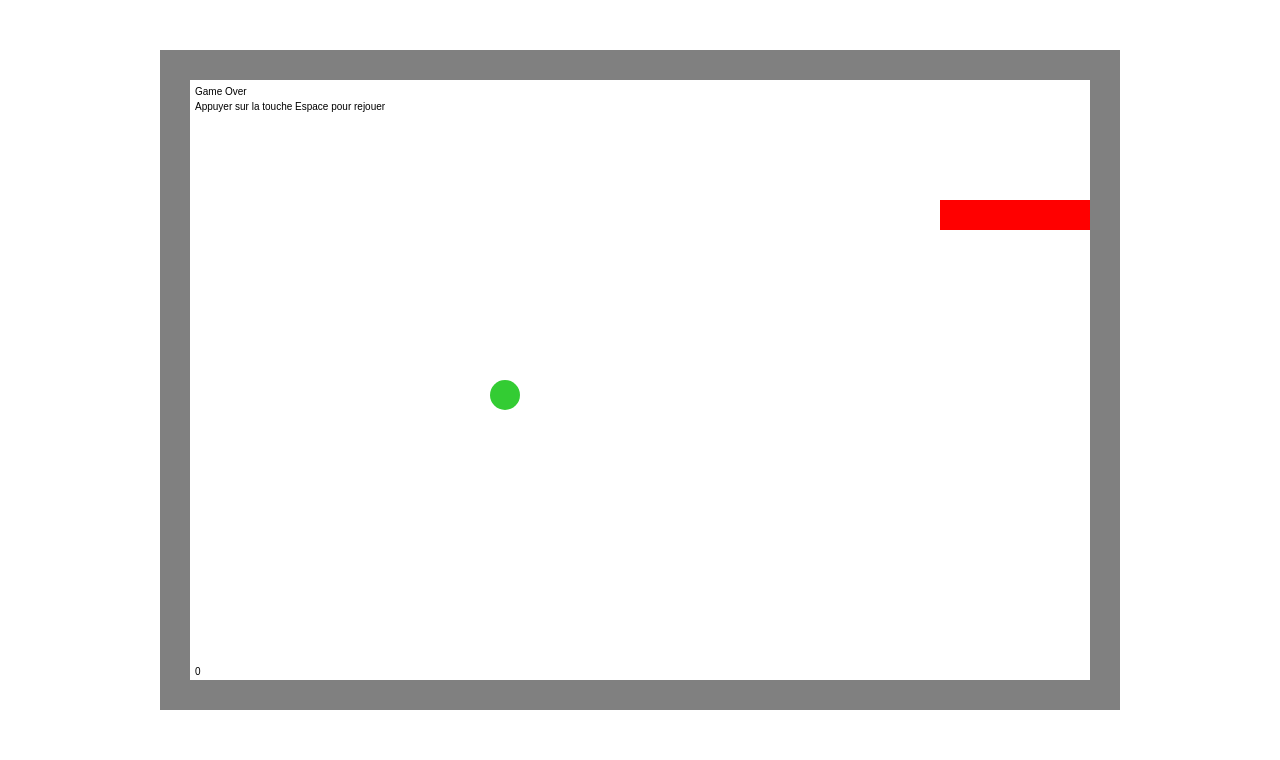
Repository: laben35/snake
Page: index.html
The author's editor kept a copy of each file at every save. The page is drawn from the files as they stood at one save, then again after the next save.
The browser window is 1280 px wide. The pictures show the whole page.

Above is the page before, as saved 2019-12-08 18:51:31.

### index.html
<!DOCTYPE html>
<html lang="en">
<head>
    <meta charset="UTF-8">
    <meta name="viewport" content="width=device-width, initial-scale=1.0">
    <meta http-equiv="X-UA-Compatible" content="ie=edge">
    <title>The snake game</title>
    <script src="script.js"></script>
</head>
<body>

</body>
</html>

### script.js
window.onload = function()
{
    var canvasWidth = 900;
    var canvasHeight = 600;
    var blockSize = 30;
    var ctx;
    var delay = 150;   // si j'augmente le délai de rafraichissement du canvas,  le serpent avance moins vite, comme ça il se rafraichit une fois toutes les secondes et non toutes les dixièmes de secondes
    var snakee;
    var applee;
    var widthInBlocks = canvasWidth/blockSize;  //la largeur en terme de block sera la largeur divisée par la taille du bloc c'est à dire, la largeur est de 900px et la taille du bloc (blockSize) est de 30px ==> notre largeur en terme de blocks sera de 30px var 30*30=900
    var heightInBocks = canvasHeight/blockSize; //600/30 = 20
    var score;

    init();

    function init()
    {
            var canvas = document.createElement('canvas');  //Canvas élément HTML qui permet de dessiner notre page HTML
            canvas.width = canvasWidth;
            canvas.height = canvasHeight;
            canvas.style.border = "30px solid gray";
            canvas.style.margin = "50px auto";
            canvas.style.display = "block";
            document.body.appendChild(canvas);
            ctx = canvas.getContext('2d');
            snakee = new Snake( [[6,4], [5,4], [4,4], [3,4], [2,4]], "right");
            applee = new Apple([10,10]);
            score = 0;
            refreshCanvas();
    }

    //fonction qui rafraichit le canvas
    function refreshCanvas()
    {
        snakee.advance();
        if(snakee.checkCollision())
        {
            gameOver();
        }
        else
        {
            if(snakee.isEatingApple(applee))         // Condition est-ce que le serpent a mangé un fruit
            {
                score++;
                snakee.ateApple = true;   //le serpent a bien mangé un fruit
                do
                {
                    applee.setNewPosition();     //Le serpent a mangé un fruit donc on va replacer le fruit à un autre endroit d'où la nouvelle méthode: setNewPosition()
                }
                while(applee.isOnSnake(snakee))

            }
            ctx.clearRect(0,0,canvasWidth, canvasHeight);
            snakee.draw();
            applee.draw();
            drawScore();
            setTimeout(refreshCanvas, delay);
        }
    }

    function gameOver()  //Je souhaite que cette fonction écrive GameOver à chaque fois que le serpent rencontre un mur ou lui-même
    {
        ctx.save();   //permet d'enregistrer les paramètre de configuration du contexte du combat cad de le retrouver comme avant
        ctx.fillText("Game Over", 5, 15);
        ctx.fillText("Appuyer sur la touche Espace pour rejouer", 5, 30);
        ctx.restore();
    }

    function restart()
    {
        snakee = new Snake( [[6,4], [5,4], [4,4], [3,4], [2,4]], "right");
        applee = new Apple([10,10]);
        score = 0;
        refreshCanvas();
    }

    function drawScore()   //fonction qui permet d'afficher le score à l'écran
    {
        ctx.save();
        ctx.fillText(score.toString(), 5, canvasHeight - 5);
        ctx.restore();
    }

    function drawBlock(ctx, position)
    {
        var x = position[0] * blockSize;
        var y = position[1] * blockSize;
        ctx.fillRect(x,y, blockSize, blockSize);
    }

    //Le constructeur
    function Snake(body, direction)
    {
        this.body = body;
        this.direction = direction;
        this.ateApple = false;      //Pour savoir si mon serpent a mangé un fruit pour le faire grandir  ==> ajout de cette propriété...
        this.draw = function()
        {
            ctx.save();
            ctx.fillStyle = "#ff0000";
            for(var i = 0; i < this.body.length; i++)
           {
               drawBlock(ctx, this.body[i]);
           }
           ctx.restore();
        };
        this.advance = function()
        {
            var nextPosition = this.body[0].slice();
            switch(this.direction)
            {
                case "left":
                    nextPosition[0] -= 1;    //ici c'est la position du x
                    break;
                case "right":
                    nextPosition[0] += 1;
                    break;
                case "down":
                    nextPosition[1] += 1;   //ici c'est la position du y
                    break;
                case "up":
                    nextPosition[1] -= 1;
                    break;
                default:
                    throw("Invalid Direction");
            }
            this.body.unshift(nextPosition);
            if(!this.ateApple)
                this.body.pop();  // Le serpent a mangé un fruit. Ici le pop me permets d'enlever le dernier bloc cad on avançait la tête d'une position et on supprimait la dernière donc mon serpent restait à la même taille
            else
                  this.ateApple = false;
        };
        this.setDirection = function(newDirection)
        {
            var allowedDirections;
            switch(this.direction)
            {
                case "left":
                case "right":
                    allowedDirections = ["up", "down"];
                    break;
                case "down":
                case "up":
                    allowedDirections = ["left", "right"];
                    break;
                default:
                    throw("Invalid Direction");
            }
            if(allowedDirections.indexOf(newDirection) > -1)   //Si c'est >-1 alors ma nouvelle direction est permise
            {
                this.direction = newDirection;
            }
        };
        this.checkCollision = function()   //Fonction pour délimiter l'espace du serpent ==> pour ne pas qu'il sorte du canvas sinon game over
        {
            var wallCollision = false;  //si le serpent rentre dans le mur ==> les limites du canvas
            var snakeCollision = false; //si le serpent rentre sur lui-même
            var head =  this.body[0];   // c'est la tête qui prend la collision donc c'est cette partie que l'on vérifie
            var rest = this.body.slice(1);      //rest du corps du serpent en utilisant la fonction slice et autant qu'il passe sur la valeur 0 et va nous copier tout le reste dans ce array rest.
            var snakeX = head[0];
            var snakeY = head[1];
            var minX = 0;
            var minY = 0;
            var maxX = widthInBlocks - 1;
            var maxY = heightInBocks - 1;
            var isNotBetweenHorizontalWalls = snakeX < minX || snakeX > maxX;
            var isNotBetweenVerticalWalls = snakeY < minY || snakeY > maxY;

            if(isNotBetweenHorizontalWalls || isNotBetweenVerticalWalls)
            {
                wallCollision = true;
            }

            for(var i = 0; i < rest.length; i++)
            {
                if(snakeX === rest[i][0] && snakeY === rest[i][1])  //je vérifie si la tête du serpent est sur l'élément 0 ==>[i] et son X à lui [0] et je vérifie si la tête snakeX et l"élément du corps rest[i][0] ont le même X et le même Y ce qui voudrait dire que la tête du serpent est sur la même X qu'une des case du reste du serpent
                {
                    snakeCollision = true;
                }
            }
            return wallCollision || snakeCollision;
        };
        this.isEatingApple = function(appleToEat)
        {
            var head = this.body[0];  //Je déclare une variable et là, je vérifie si le X de la tête cad le head[0] est égale au corps à la place 0 c'est le 1er élément du corps de mon serpent
            if(head[0] === appleToEat.position[0] && head[1] === appleToEat.position[1])
            {
                return true;  //si cette condition est vrai, le serpent a mangé le fruit sinon rien
            }
            else
                return false;
        };
    }

    function Apple(position)
    {
        this.position = position;
        this.draw = function()
        {
            ctx.save();
            ctx.fillStyle = "#33cc33";   // couleur de la pomme
            ctx.beginPath();    //dessin de la pomme qui est ronde donc on utilise radius
            var radius = blockSize/2;
            var x = this.position[0]*blockSize + radius;
            var y = this.position[1]*blockSize + radius;
            ctx.arc(x,y, radius, 0, Math.PI*2, true);    //Dessin du cercle
            ctx.fill();
            ctx.restore();
        };
        this.setNewPosition = function()   //Je veux que cette méthode soit aléatoire donc un endroit au hasard dans mon canvas
        {
            var newx = Math.round(Math.random() * (widthInBlocks - 1));
            var newY = Math.round(Math.random() * (heightInBocks - 1));
            this.position = [newx, newY];
        };
        this.isOnSnake = function(snakeToCheck)          //métohde qui vérifie si le fruit est sur le serpent puisque sa position est aléatoire
        {
            var isOnSnake = false;

            for(var i = 0; i < snakeToCheck.body.length; i++ )  // Pour cette vérification, je fais une boucle et je passe sur chacun des blocks de mon serpent
            {
                if(this.position[0] === snakeToCheck.body[i][0] && this.position[1] === snakeToCheck.body[i][1])
                {
                   isOnSnake = true;
                }
            }
            return isOnSnake;
        };
    }

    document.onkeydown = function handleKeyDown(e)   //évènement
    {
        var key = e.keyCode;      //Nous donne le code de la touche qui a été appuyée
        var newDirection;        //nouvelle direction en fonction de la touche qui a été appuyée
        switch(key)             //swith sur la touche appuyée
        {
            case 37:   //flèche qui va à gauche
                newDirection = "left";
                break;
            case 38:   //flèche qui va en haut
                newDirection = "up";
                break;
            case 39:   //flèche qui va à droite
                newDirection = "right";
                break;
            case 40:    //flèche qui va en bas
                newDirection = "down";
                break;
            case 32:  //code de la touche Espace
                restart();
                return;
            default:
                return;
        }
        snakee.setDirection(newDirection);
    }

}

After the next save:
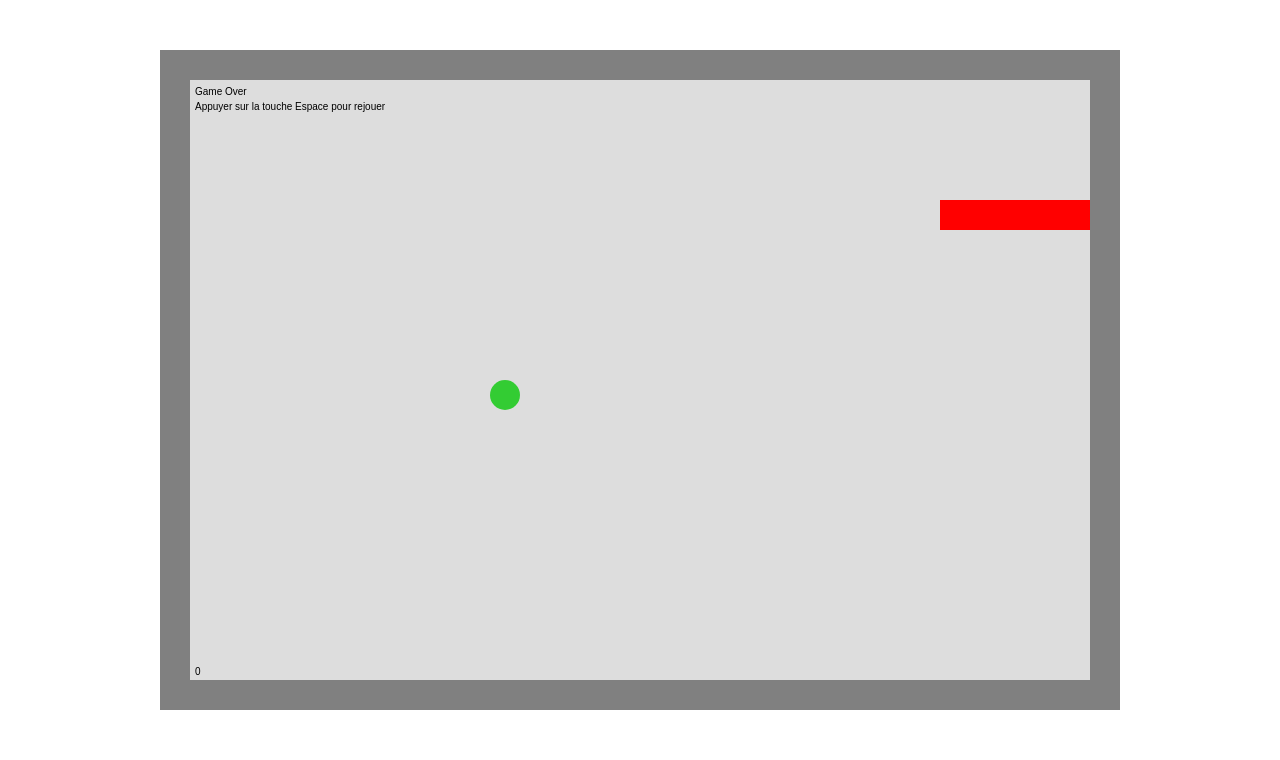
Saved 79 s later.
--- a/script.js
+++ b/script.js
@@ -21,6 +21,7 @@ window.onload = function()
             canvas.style.border = "30px solid gray";
             canvas.style.margin = "50px auto";
             canvas.style.display = "block";
+            canvas.style.backgroundColor = "#ddd";
             document.body.appendChild(canvas);
             ctx = canvas.getContext('2d');
             snakee = new Snake( [[6,4], [5,4], [4,4], [3,4], [2,4]], "right");
